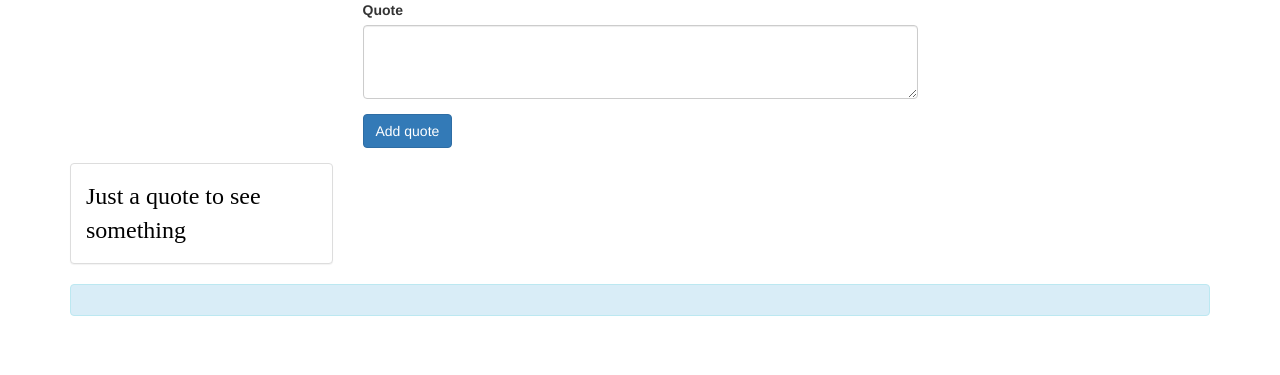
Repository: Azariagmt/Vue
Page: / (app in quote/Start/)
These files come from the project's save history. The page is drawn as it stood at one moment and after the next save; the edit follows.
The browser window is 1280 px wide. The pictures show the whole page.
Some web fonts or font styles are not loaded; a fallback is used. The project was rebuilt for these pictures with package versions that can differ from the ones it lists, and the page was loaded fresh each time. Also part of the build but not shown: quote/Start/webpack.config.js.

Above is the page before, as saved 2020-05-08 13:30:59.

After the next save:
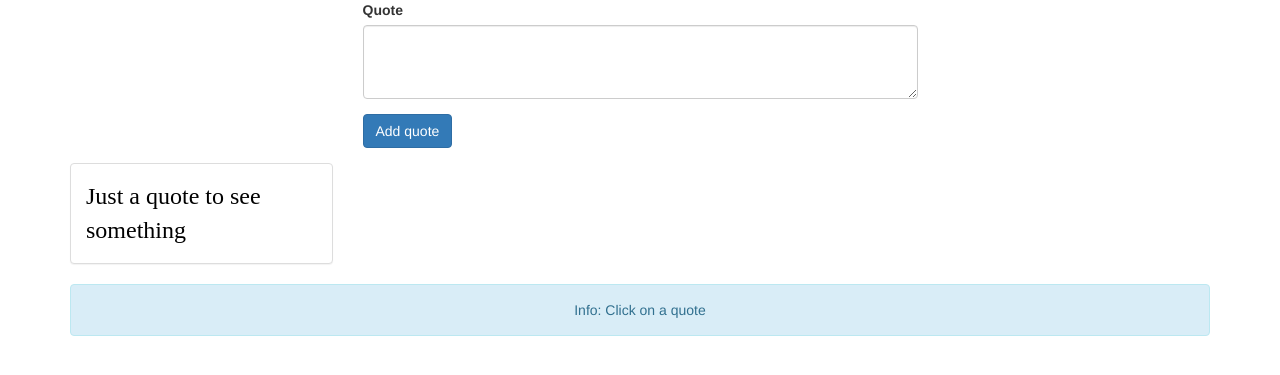
Saved 8 s later.
--- a/quote/Start/src/App.vue
+++ b/quote/Start/src/App.vue
@@ -5,7 +5,7 @@
     <div class="row">
         <div class="col-sm-12 text-center">
             <div class="alert alert-info">
-
+                Info: Click on a quote
             </div>
         </div>
     </div>
